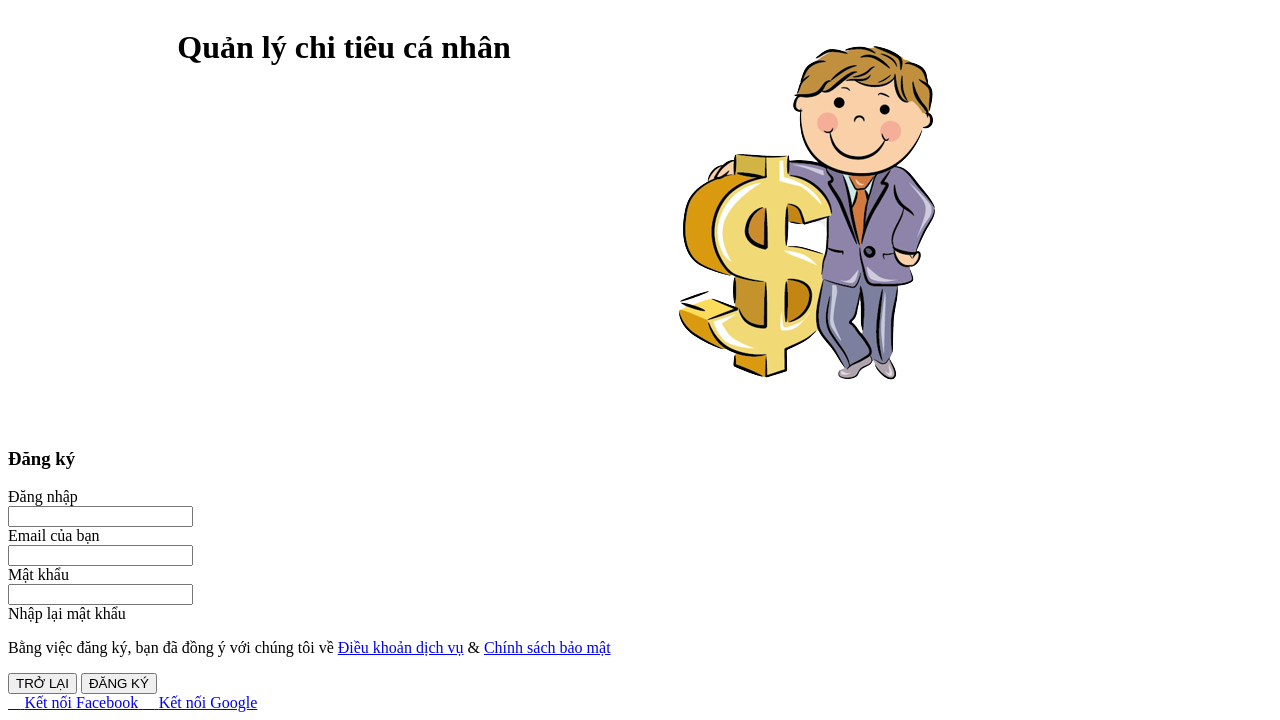
Repository: ximvhs/sochitieu
Page: login.html
An editor plug-in stored every save of this project. The page is shown before and after a run of saves, followed by the edit.
The browser window is 1280 px wide. The pictures show the whole page.
Some web fonts or font styles are not loaded; a fallback is used.

Above is the page before, as saved 2023-04-05 09:58:48.

### login.html
<!DOCTYPE html>
<html lang="en">
<head>
    <meta charset="UTF-8">
    <meta http-equiv="X-UA-Compatible" content="IE=edge">
    <meta name="viewport" content="width=device-width, initial-scale=1.0">
    <title>Đăng nhập</title>
    <link rel="stylesheet" href="./assets/css/login.css">
    <link rel="stylesheet" href="./assets/css/grid.css">
    <link rel="stylesheet" href="./assets/css/resets.css">
    <link rel="stylesheet" href="./assets/css/responsive.css">
    <link rel="stylesheet" href="./themify-icons-font/themify-icons/themify-icons.css">
    <link rel="stylesheet" href="https://fonts.googleapis.com/css2?family=Material+Symbols+Outlined:opsz,wght,FILL,GRAD@20..48,100..700,0..1,-50..200" />
    <link rel="preconnect" href="https://fonts.googleapis.com">
    <link rel="preconnect" href="https://fonts.gstatic.com" crossorigin>
    <link href="https://fonts.googleapis.com/css2?family=Dongle:wght@700&display=swap" rel="stylesheet">
    <link rel="stylesheet" href="https://stackpath.bootstrapcdn.com/font-awesome/4.7.0/css/font-awesome.min.css"
    integrity="sha384-wvfXpqpZZVQGK6TAh5PVlGOfQNHSoD2xbE+QkPxCAFlNEevoEH3Sl0sibVcOQVnN" crossorigin="anonymous">
    <link rel="preconnect" href="https://fonts.gstatic.com">
    <link href="https://fonts.googleapis.com/css2?family=Open+Sans:ital,wght@0,400;0,600;0,700;0,800;1,400&display=swap"
    rel="stylesheet">
</head>
<body>
    <form action="">
        <div class="modal js-show_register">
                <div class="modal__body">
                    <div class="auth-form--left">
                        <H1>Quản lý chi tiêu cá nhân</H1>
                        <img src="./img/logo-login.png" alt="">
                    </div>
                    <div class="auth-form--right js-auth-form">
                        <div class="auth-form__container">
                            <div class="auth-form__header">
                                <h3 class="auth-form__heading">Đăng ký</h3>
                                <span class="auth-form__switch-btn js-login">Đăng nhập</span>
                            </div>

                            <div class="auth-form__form">
                                <div class="auth-form__group">
                                    <input type="text" class="auth-form__input" required placeholder=" ">
                                    <div class="form-label">Email của bạn</div>
                                </div>
                                <div class="auth-form__group">
                                    <input type="password" class="auth-form__input" required placeholder=" ">
                                    <div class="form-label">Mật khẩu</div>
                                </div>
                                <div class="auth-form__group">
                                    <input type="password" class="auth-form__input" required placeholder=" ">
                                    <div class="form-label">Nhập lại mật khẩu</div>
                                </div>
                            </div>

                            <div class="auth-form__aside">
                                <p class="auth-form__policy-text">
                                    Bằng việc đăng ký, bạn đã đồng ý với chúng tôi về
                                    <a href="#" class="auth-form__text-link">Điều khoản dịch vụ</a> &
                                    <a href="#" class="auth-form__text-link">Chính sách bảo mật</a>
                                </p>
                            </div>
                            <div class="auth-form__controls">
                                <button class="btn btn--normal auth-form__controls--back js-close">TRỞ LẠI</button>
                                <button class="btn btn--normal btn--primary">ĐĂNG KÝ</button>
                            </div>
                        </div>

                        <div class="auth-form__socials">
                            <a href="#" class="auth-form__socials--facebook btn btn--size-s btn--with-icon">
                                <i class="auth-form__socials-icon fab fa-facebook-square"></i>
                                <span class="auth-form__socials-text">Kết nối Facebook</span>
                            </a>
                            <a href="#" class="auth-form__socials--google btn btn--size-s btn--with-icon">
                                <i class="auth-form__socials-icon fab fa-google"></i>
                                <span class="auth-form__socials-text">Kết nối Google</span>
                            </a>
                        </div>
                    </div>
                </div>
        </div>
    </form>
</body>
</html>

### assets/css/login.css
.mod

.modal__body {
    display: flex;
    justify-content: space-between;
}

.auth-form--left {
    display: flex;
    justify-content: center;
    flex-wrap: wrap;
}

### assets/css/grid.css
.grid {
    width: 100%;
    display: block;
    padding: 0;
}

.grid.wide {
    max-width: 1200px;
    margin: 0 auto;
}

.row {
    display: flex;
    flex-wrap: wrap;
    margin-left: -4px;
    margin-right: -4px;
}

.row.no-gutters {
    margin-left: 0;
    margin-right: 0;
}

.col {
    padding-left: 4px;
    padding-right: 4px;
}

.row.no-gutters .col {
    padding-left: 0;
    padding-right: 0;
}

.c-0 {
    display: none;
}

.c-1 {
    flex: 0 0 8.33333%;
    max-width: 8.33333%;
}

.c-2 {
    flex: 0 0 16.66667%;
    max-width: 16.66667%;
}

.c-3 {
    flex: 0 0 25%;
    max-width: 25%;
}

.c-4 {
    flex: 0 0 33.33333%;
    max-width: 33.33333%;
}

.c-5 {
    flex: 0 0 41.66667%;
    max-width: 41.66667%;
}

.c-6 {
    flex: 0 0 50%;
    max-width: 50%;
}

.c-7 {
    flex: 0 0 58.33333%;
    max-width: 58.33333%;
}

.c-8 {
    flex: 0 0 66.66667%;
    max-width: 66.66667%;
}

.c-9 {
    flex: 0 0 75%;
    max-width: 75%;
}

.c-10 {
    flex: 0 0 83.33333%;
    max-width: 83.33333%;
}

.c-11 {
    flex: 0 0 91.66667%;
    max-width: 91.66667%;
}

.c-12 {
    flex: 0 0 100%;
    max-width: 100%;
}

.c-o-1 {
    margin-left: 8.33333%;
}

.c-o-2 {
    margin-left: 16.66667%;
}

.c-o-3 {
    margin-left: 25%;
}

.c-o-4 {
    margin-left: 33.33333%;
}

.c-o-5 {
    margin-left: 41.66667%;
}

.c-o-6 {
    margin-left: 50%;
}

.c-o-7 {
    margin-left: 58.33333%;
}

.c-o-8 {
    margin-left: 66.66667%;
}

.c-o-9 {
    margin-left: 75%;
}

.c-o-10 {
    margin-left: 83.33333%;
}

.c-o-11 {
    margin-left: 91.66667%;
}

/* >= Tablet */
@media (min-width: 740px) {
    .row {
        margin-left: -8px;
        margin-right: -8px;
    }

    .col {
        padding-left: 8px;
        padding-right: 8px;
    }

    .m-0 {
        display: none;
    }

    .m-1,
    .m-2,
    .m-3,
    .m-4,
    .m-5,
    .m-6,
    .m-7,
    .m-8,
    .m-9,
    .m-10,
    .m-11,
    .m-12 {
        display: block;
    }

    .m-1 {
        flex: 0 0 8.33333%;
        max-width: 8.33333%;
    }

    .m-2 {
        flex: 0 0 16.66667%;
        max-width: 16.66667%;
    }

    .m-3 {
        flex: 0 0 25%;
        max-width: 25%;
    }

    .m-4 {
        flex: 0 0 33.33333%;
        max-width: 33.33333%;
    }

    .m-5 {
        flex: 0 0 41.66667%;
        max-width: 41.66667%;
    }

    .m-6 {
        flex: 0 0 50%;
        max-width: 50%;
    }

    .m-7 {
        flex: 0 0 58.33333%;
        max-width: 58.33333%;
    }

    .m-8 {
        flex: 0 0 66.66667%;
        max-width: 66.66667%;
    }

    .m-9 {
        flex: 0 0 75%;
        max-width: 75%;
    }

    .m-10 {
        flex: 0 0 83.33333%;
        max-width: 83.33333%;
    }

    .m-11 {
        flex: 0 0 91.66667%;
        max-width: 91.66667%;
    }

    .m-12 {
        flex: 0 0 100%;
        max-width: 100%;
    }

    .m-o-1 {
        margin-left: 8.33333%;
    }

    .m-o-2 {
        margin-left: 16.66667%;
    }

    .m-o-3 {
        margin-left: 25%;
    }

    .m-o-4 {
        margin-left: 33.33333%;
    }

    .m-o-5 {
        margin-left: 41.66667%;
    }

    .m-o-6 {
        margin-left: 50%;
    }

    .m-o-7 {
        margin-left: 58.33333%;
    }

    .m-o-8 {
        margin-left: 66.66667%;
    }

    .m-o-9 {
        margin-left: 75%;
    }

    .m-o-10 {
        margin-left: 83.33333%;
    }

    .m-o-11 {
        margin-left: 91.66667%;
    }
}

/* PC medium resolution > */
@media (min-width: 1113px) {
    .row {
        margin-left: -12px;
        margin-right: -12px;
    }

    .row.sm-gutter {
        margin-left: -5px;
        margin-right: -5px;
    }

    .col {
        padding-left: 12px;
        padding-right: 12px;
    }

    .row.sm-gutter .col {
        padding-left: 5px;
        padding-right: 5px;
    }

    .l-0 {
        display: none;
    }

    .l-1,
    .l-2,
    .l-2-4,
    .l-3,
    .l-4,
    .l-5,
    .l-6,
    .l-7,
    .l-8,
    .l-9,
    .l-10,
    .l-11,
    .l-12 {
        display: block;
    }

    .l-1 {
        flex: 0 0 8.33333%;
        max-width: 8.33333%;
    }

    .l-2 {
        flex: 0 0 16.66667%;
        max-width: 16.66667%;
    }

    .l-2-4 {
        flex: 0 0 20%;
        max-width: 20%;
    }

    .l-3 {
        flex: 0 0 25%;
        max-width: 25%;
    }

    .l-4 {
        flex: 0 0 33.33333%;
        max-width: 33.33333%;
    }

    .l-5 {
        flex: 0 0 41.66667%;
        max-width: 41.66667%;
    }

    .l-6 {
        flex: 0 0 50%;
        max-width: 50%;
    }

    .l-7 {
        flex: 0 0 58.33333%;
        max-width: 58.33333%;
    }

    .l-8 {
        flex: 0 0 66.66667%;
        max-width: 66.66667%;
    }

    .l-9 {
        flex: 0 0 75%;
        max-width: 75%;
    }

    .l-10 {
        flex: 0 0 83.33333%;
        max-width: 83.33333%;
    }

    .l-11 {
        flex: 0 0 91.66667%;
        max-width: 91.66667%;
    }

    .l-12 {
        flex: 0 0 100%;
        max-width: 100%;
    }

    .l-o-1 {
        margin-left: 8.33333%;
    }

    .l-o-2 {
        margin-left: 16.66667%;
    }

    .l-o-3 {
        margin-left: 25%;
    }

    .l-o-4 {
        margin-left: 33.33333%;
    }

    .l-o-5 {
        margin-left: 41.66667%;
    }

    .l-o-6 {
        margin-left: 50%;
    }

    .l-o-7 {
        margin-left: 58.33333%;
    }

    .l-o-8 {
        margin-left: 66.66667%;
    }

    .l-o-9 {
        margin-left: 75%;
    }

    .l-o-10 {
        margin-left: 83.33333%;
    }

    .l-o-11 {
        margin-left: 91.66667%;
    }
}

/* Tablet - PC low resolution */
@media (min-width: 740px) and (max-width: 1023px) {
    .wide {
        width: 644px;
    }
}

/* > PC low resolution */
@media (min-width: 1024px) and (max-width: 1239px) {
    .wide {
        width: 984px;
    }

    .wide .row {
        margin-left: -12px;
        margin-right: -12px;
    }

    .wide .row.sm-gutter {
        margin-left: -5px;
        margin-right: -5px;
    }

    .wide .col {
        padding-left: 12px;
        padding-right: 12px;
    }

    .wide .row.sm-gutter .col {
        padding-left: 5px;
        padding-right: 5px;
    }

    .wide .l-0 {
        display: none;
    }

    .wide .l-1,
    .wide .l-2,
    .wide .l-2-4,
    .wide .l-3,
    .wide .l-4,
    .wide .l-5,
    .wide .l-6,
    .wide .l-7,
    .wide .l-8,
    .wide .l-9,
    .wide .l-10,
    .wide .l-11,
    .wide .l-12 {
        display: block;
    }

    .wide .l-1 {
        flex: 0 0 8.33333%;
        max-width: 8.33333%;
    }

    .wide .l-2 {
        flex: 0 0 16.66667%;
        max-width: 16.66667%;
    }

    .wide .l-2-4 {
        flex: 0 0 20%;
        max-width: 20%;
    }

    .wide .l-3 {
        flex: 0 0 25%;
        max-width: 25%;
    }

    .wide .l-4 {
        flex: 0 0 33.33333%;
        max-width: 33.33333%;
    }

    .wide .l-5 {
        flex: 0 0 41.66667%;
        max-width: 41.66667%;
    }

    .wide .l-6 {
        flex: 0 0 50%;
        max-width: 50%;
    }

    .wide .l-7 {
        flex: 0 0 58.33333%;
        max-width: 58.33333%;
    }

    .wide .l-8 {
        flex: 0 0 66.66667%;
        max-width: 66.66667%;
    }

    .wide .l-9 {
        flex: 0 0 75%;
        max-width: 75%;
    }

    .wide .l-10 {
        flex: 0 0 83.33333%;
        max-width: 83.33333%;
    }

    .wide .l-11 {
        flex: 0 0 91.66667%;
        max-width: 91.66667%;
    }

    .wide .l-12 {
        flex: 0 0 100%;
        max-width: 100%;
    }

    .wide .l-o-1 {
        margin-left: 8.33333%;
    }

    .wide .l-o-2 {
        margin-left: 16.66667%;
    }

    .wide .l-o-3 {
        margin-left: 25%;
    }

    .wide .l-o-4 {
        margin-left: 33.33333%;
    }

    .wide .l-o-5 {
        margin-left: 41.66667%;
    }

    .wide .l-o-6 {
        margin-left: 50%;
    }

    .wide .l-o-7 {
        margin-left: 58.33333%;
    }

    .wide .l-o-8 {
        margin-left: 66.66667%;
    }

    .wide .l-o-9 {
        margin-left: 75%;
    }

    .wide .l-o-10 {
        margin-left: 83.33333%;
    }

    .wide .l-o-11 {
        margin-left: 91.66667%;
    }
}

Loaded but not shown: assets/css/resets.css (no stored copy; drawn as an empty file); assets/css/responsive.css (no stored copy; drawn as an empty file)

After the next 7 saves:
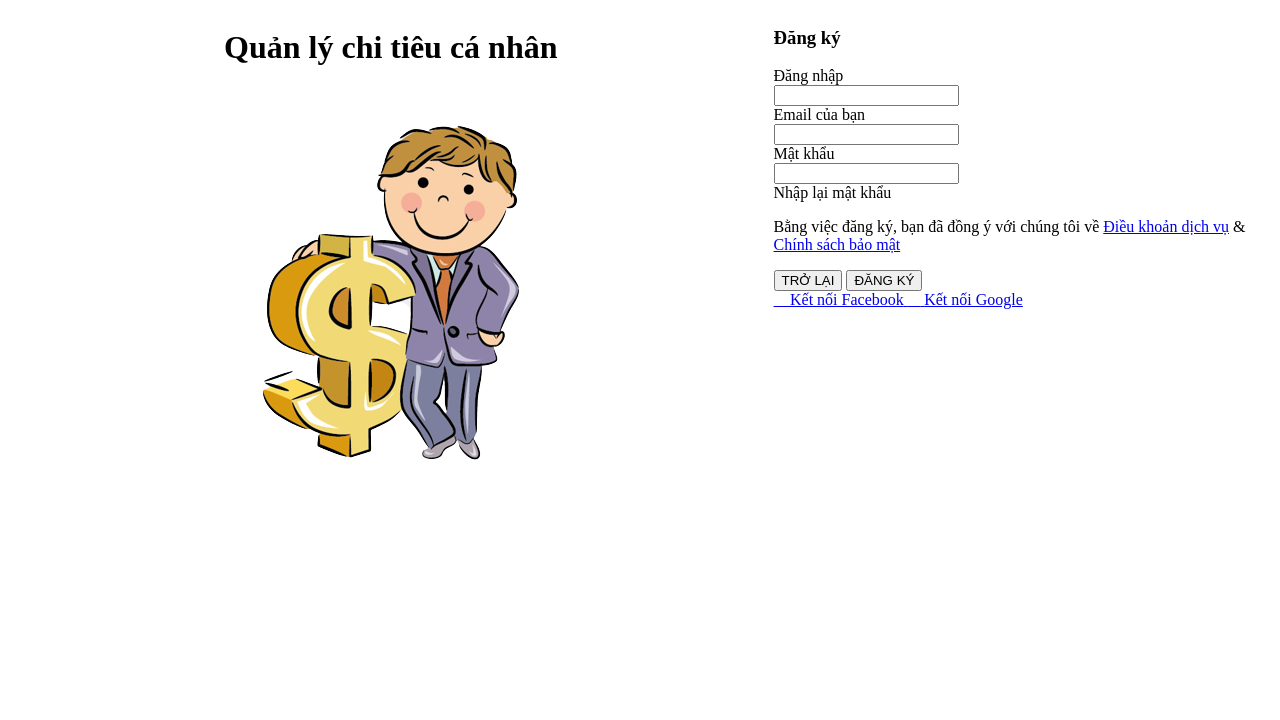
The 7 saves are shown as one change because they came seconds apart.
The last was saved 17 s later.
--- a/assets/css/login.css
+++ b/assets/css/login.css
@@ -1,4 +1,6 @@
-.mod
+.modal {
+    background-image: linear-gradient();
+}
 
 .modal__body {
     display: flex;
